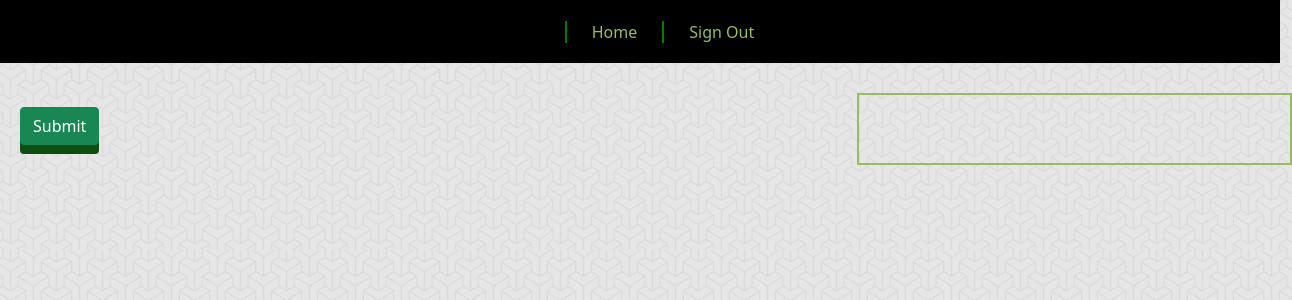
Repository: kavine24/CS490-Python-LMS
Page: html/portal/s/TakeQuiz.html
These files come from the project's save history. The page is drawn as it stood at one moment and after the next save; the edit follows.
The browser window is 1280 px wide. The page is 1292 px wide, so the pictures cover 1292 px, including what lies to the right of the window. The pictures show the whole page.
The page's requests for data from a server got no answer.

Above is the page before, as saved 2022-04-20 18:46:28.

After the next save:
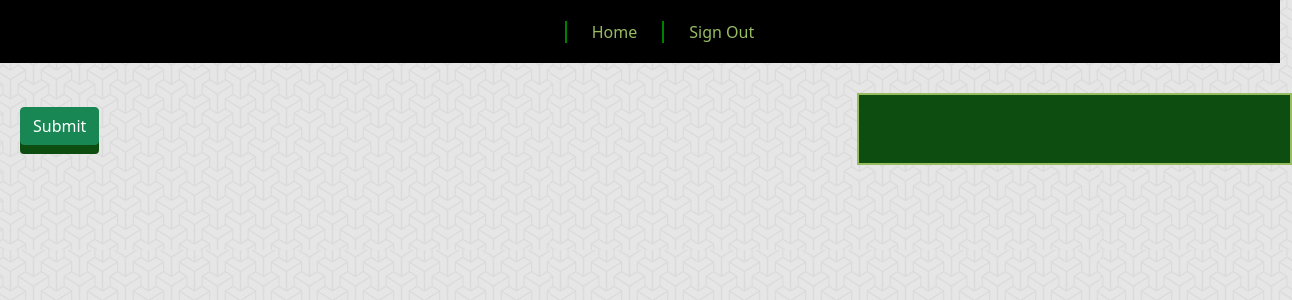
Saved 15 s later.
--- a/html/style.css
+++ b/html/style.css
@@ -135,6 +135,7 @@ body {
   margin: 30px 0px 0px !important;
   border: 2px solid #97BC62FF;
   padding: 0px !important;
+  background-color: #0e4d10;
 }
 
 .legend li a {
